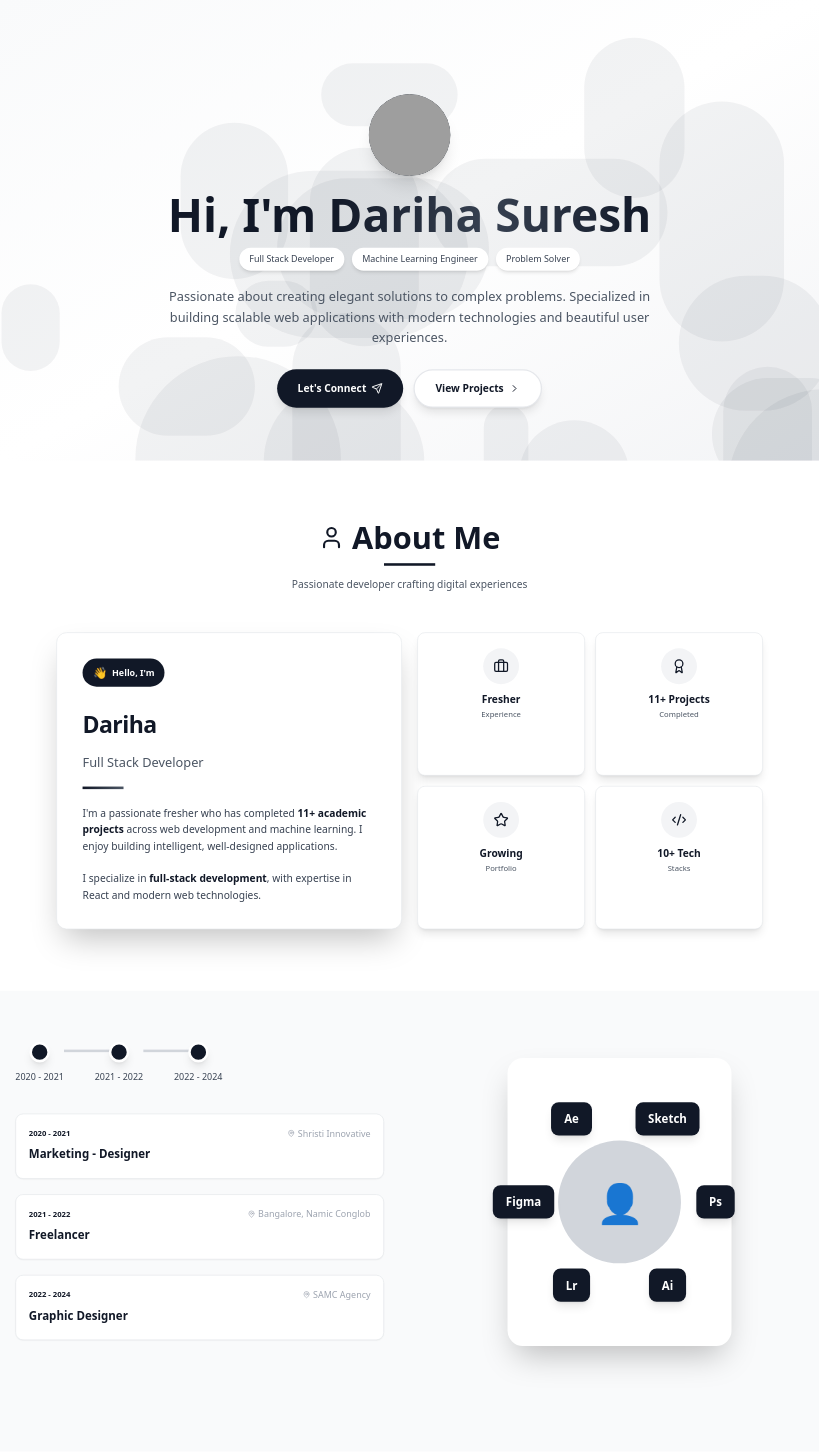
Repository: darihafebi825-collab/react-portfolio
Page: / (app in portapp/)
These files come from the project's save history. The page is drawn as it stood at one moment and after the next save; the edit follows.
The browser window is 1280 px wide. The pictures show the whole page, at 64% of full size.
Pictures or frames that could not be fetched are drawn as grey boxes. The project was rebuilt for these pictures with package versions that can differ from the ones it lists, and the page was loaded fresh each time.

Above is the page before, as saved 2025-12-24 17:45:30.

### portapp/src/index.js
import React from "react";
import ReactDOM from "react-dom/client";
import App from "./App";
import "./index.css";   // 👈 THIS LINE

const root = ReactDOM.createRoot(document.getElementById("root"));
root.render(
  <React.StrictMode>
    <App />
  </React.StrictMode>
);

### portapp/src/App.js
import React from "react";
import Home from "./Components/Pages/Home";
import Abo from "./Components/Pages/Abo";
import Exp from "./Components/Pages/Exp";
function App() {
  return (
    <div className="App">
      <Home />
 <Abo />
    <Exp />
    </div>
  );
}

export default App;

### portapp/src/Components/Pages/Home.js
import React, { useRef } from "react";
import { motion, useScroll, useTransform } from "framer-motion";
import { Send, ChevronRight } from "lucide-react";




const Home = () => {
  const ref = useRef(null);

  const { scrollYProgress } = useScroll({
    target: ref,
    offset: ["start start", "end start"],
  });

  const y = useTransform(scrollYProgress, [0, 1], [0, 200]);
  const opacity = useTransform(scrollYProgress, [0, 0.5], [1, 0]);

  return (
    <section
      ref={ref}
      id="home"
      className="min-h-screen flex items-center justify-center bg-gradient-to-br from-gray-50 via-white to-gray-100 relative overflow-hidden pt-16"
    >
      <div className="absolute inset-0 bg-grid-pattern opacity-5" />

      {[...Array(20)].map((_, i) => (
        <motion.div
          key={i}
          className="absolute rounded-full bg-gray-900/5"
          style={{
            width: Math.random() * 300 + 50,
            height: Math.random() * 300 + 50,
            left: `${Math.random() * 100}%`,
            top: `${Math.random() * 100}%`,
          }}
          animate={{
            y: [0, Math.random() * 50 - 25],
            x: [0, Math.random() * 50 - 25],
            scale: [1, 1.1, 1],
          }}
          transition={{
            duration: Math.random() * 10 + 10,
            repeat: Infinity,
            repeatType: "reverse",
          }}
        />
      ))}

      <motion.div
        style={{ y, opacity }}
        className="relative z-10 text-center px-6 max-w-5xl mx-auto"
      >
        <motion.div
          initial={{ opacity: 0, scale: 0.9 }}
          animate={{ opacity: 1, scale: 1 }}
          transition={{ duration: 0.8 }}
        >
          <div className="mb-6">
            <div className="w-32 h-32 mx-auto rounded-full overflow-hidden shadow-xl">
 <div className="w-32 h-32 mx-auto bg-gray-800 rounded-full flex items-center justify-center overflow-hidden shadow-xl">
  <img
    src="/Images/dari.png"
    alt="Profile"
    className="w-full h-full object-cover"
  />
</div>






            </div>
          </div>

          <h1 className="text-5xl md:text-7xl font-bold text-gray-900 mb-4">
            Hi, I'm{" "}
            <span className="bg-gradient-to-r from-gray-900 via-gray-700 to-gray-900 bg-clip-text text-transparent">
              Dariha Suresh
            </span>
          </h1>

          <div className="flex flex-wrap justify-center gap-3 mb-6">
            {[
              "Full Stack Developer",
              "Machine Learning Engineer",
              "Problem Solver",
            ].map((role, idx) => (
              <motion.span
                key={idx}
                initial={{ opacity: 0, y: 20 }}
                animate={{ opacity: 1, y: 0 }}
                transition={{ delay: 0.2 + idx * 0.1 }}
                className="px-4 py-2 bg-white shadow-md rounded-full text-sm font-medium text-gray-700"
              >
                {role}
              </motion.span>
            ))}
          </div>

          <motion.p
            initial={{ opacity: 0 }}
            animate={{ opacity: 1 }}
            transition={{ delay: 0.5 }}
            className="text-xl text-gray-600 max-w-3xl mx-auto mb-8 leading-relaxed"
          >
            Passionate about creating elegant solutions to complex problems.
            Specialized in building scalable web applications with modern
            technologies and beautiful user experiences.
          </motion.p>

          <motion.div
            initial={{ opacity: 0, y: 20 }}
            animate={{ opacity: 1, y: 0 }}
            transition={{ delay: 0.7 }}
            className="flex flex-wrap justify-center gap-4"
          >
            <motion.button
              whileHover={{ scale: 1.05 }}
              whileTap={{ scale: 0.95 }}
              onClick={() =>
                document
                  .getElementById("contact")
                  ?.scrollIntoView({ behavior: "smooth" })
              }
              className="px-8 py-4 bg-gray-900 text-white rounded-full font-semibold shadow-lg flex items-center gap-2"
            >
              Let's Connect <Send size={18} />
            </motion.button>

            <motion.button
              whileHover={{ scale: 1.05 }}
              whileTap={{ scale: 0.95 }}
              onClick={() =>
                document
                  .getElementById("projects")
                  ?.scrollIntoView({ behavior: "smooth" })
              }
              className="px-8 py-4 bg-white text-gray-900 rounded-full font-semibold shadow-lg border-2 border-gray-200 flex items-center gap-2"
            >
              View Projects <ChevronRight size={18} />
            </motion.button>
          </motion.div>
        </motion.div>
      </motion.div>
    </section>
  );
};

export default Home;

### portapp/src/Components/Pages/Abo.js
import React from "react";
import { motion } from "framer-motion";
import { User, Briefcase, Award, Star, Code2 } from "lucide-react";

const statsData = [
  { icon: Briefcase, label: "Fresher", desc: "Experience", delay: 0.9 },
  { icon: Award, label: "11+ Projects", desc: "Completed", delay: 1.0 },
  { icon: Star, label: "Growing", desc: "Portfolio", delay: 1.1 },
  { icon: Code2, label: "10+ Tech", desc: "Stacks", delay: 1.2 },
];

const Abo = () => {
  return (
    <section id="about" className="py-24 bg-white relative overflow-hidden">
      <div className="max-w-6xl mx-auto px-6 relative z-10">
        {/* Header */}
        <motion.div
          initial={{ opacity: 0, y: 30 }}
          whileInView={{ opacity: 1, y: 0 }}
          viewport={{ once: true }}
          className="text-center mb-16"
        >
          <h2 className="text-4xl md:text-5xl font-bold text-gray-900 mb-4 flex items-center justify-center gap-3">
            <User size={40} /> About Me
          </h2>
          <div className="w-20 h-1 bg-gray-900 mx-auto mb-4" />
          <p className="text-gray-600 max-w-2xl mx-auto">
            Passionate developer crafting digital experiences
          </p>
        </motion.div>

        {/* Content */}
        <div className="grid grid-cols-1 md:grid-cols-2 gap-6">
          {/* Left card */}
          <motion.div
            initial={{ opacity: 0, x: -100 }}
            whileInView={{ opacity: 1, x: 0 }}
            viewport={{ once: true }}
            transition={{ duration: 0.8 }}
            className="bg-white rounded-2xl p-10 shadow-2xl border border-gray-200 relative overflow-hidden"
          >
            <div className="space-y-6 relative z-10">
              <motion.div
                initial={{ scale: 0 }}
                whileInView={{ scale: 1 }}
                transition={{ delay: 0.3, type: "spring" }}
                className="inline-flex items-center gap-2 px-4 py-2 bg-gray-900 text-white text-sm font-semibold rounded-full mb-4"
              >
                <span className="text-lg">👋</span> Hello, I'm
              </motion.div>

              <motion.h3
                initial={{ opacity: 0, y: 20 }}
                whileInView={{ opacity: 1, y: 0 }}
                transition={{ delay: 0.4 }}
                className="text-4xl font-bold text-gray-900 mb-2 tracking-tight"
              >
                Dariha
              </motion.h3>

              <motion.p
                initial={{ opacity: 0, y: 20 }}
                whileInView={{ opacity: 1, y: 0 }}
                transition={{ delay: 0.5 }}
                className="text-gray-600 text-xl mb-4 font-medium"
              >
                Full Stack Developer
              </motion.p>

              <motion.div
                initial={{ width: 0 }}
                whileInView={{ width: 64 }}
                transition={{ delay: 0.6, duration: 0.5 }}
                className="h-1 bg-gradient-to-r from-gray-900 to-gray-600 mb-6"
              />

              <motion.p
                initial={{ opacity: 0 }}
                whileInView={{ opacity: 1 }}
                transition={{ delay: 0.7 }}
                className="text-gray-700 leading-relaxed text-base"
              >
                I'm a passionate fresher who has completed{" "}
                <span className="font-bold text-gray-900">11+ academic projects</span>{" "}
                across web development and machine learning. I enjoy building intelligent,
                well-designed applications.
              </motion.p>

              <motion.p
                initial={{ opacity: 0 }}
                whileInView={{ opacity: 1 }}
                transition={{ delay: 0.8 }}
                className="text-gray-700 leading-relaxed text-base"
              >
                I specialize in{" "}
                <span className="font-bold text-gray-900">full-stack development</span>, with
                expertise in React and modern web technologies.
              </motion.p>
            </div>
          </motion.div>

          {/* Right stats grid */}
          <motion.div
            initial={{ opacity: 0, x: 100 }}
            whileInView={{ opacity: 1, x: 0 }}
            viewport={{ once: true }}
            transition={{ duration: 0.8, ease: "easeOut", delay: 0.2 }}
            className="grid grid-cols-2 gap-4"
          >
            {statsData.map((stat, idx) => (
              <motion.div
                key={idx}
                initial={{ opacity: 0, scale: 0, rotate: -180 }}
                whileInView={{ opacity: 1, scale: 1, rotate: 0 }}
                viewport={{ once: true }}
                transition={{ delay: stat.delay, type: "spring", stiffness: 200, damping: 15 }}
                whileHover={{
                  scale: 1.05,
                  y: -5,
                  boxShadow: "0 20px 40px -10px rgba(0,0,0,0.3)",
                }}
                className="bg-white p-6 rounded-xl text-center shadow-lg border border-gray-200 relative overflow-hidden group cursor-pointer"
              >
                <div className="relative z-10">
                  <motion.div
                    whileHover={{ rotate: 360 }}
                    transition={{ duration: 0.6 }}
                    className="bg-gray-100 w-14 h-14 rounded-full flex items-center justify-center mx-auto mb-3 group-hover:bg-white transition-colors"
                  >
                    <stat.icon className="text-gray-900" size={24} />
                  </motion.div>
                  <div className="font-bold text-gray-900 text-base mb-1 group-hover:text-white transition-colors">
                    {stat.label}
                  </div>
                  <div className="text-xs text-gray-600 group-hover:text-gray-300 transition-colors">
                    {stat.desc}
                  </div>
                </div>
              </motion.div>
            ))}
          </motion.div>
        </div>
      </div>
    </section>
  );
};

export default Abo;

### portapp/src/Components/Pages/Exp.js
import React from "react";
import { motion } from "framer-motion";
import { Briefcase, Calendar, MapPin } from "lucide-react";

const experiences = [
  { period: "2020 - 2021", title: "Marketing - Designer", company: "Shristi Innovative" },
  { period: "2021 - 2022", title: "Freelancer", company: "Bangalore, Namic Conglob" },
  { period: "2022 - 2024", title: "Graphic Designer", company: "SAMC Agency" },
];

const skills = ["Ps", "Ai", "Lr", "Figma", "Ae", "Sketch"];

const Exp = () => {
  return (
    <section className="min-h-screen bg-gray-50 relative py-20 px-6 overflow-hidden">
      <div className="max-w-7xl mx-auto grid grid-cols-1 lg:grid-cols-2 gap-20 items-start">

        {/* Left Side: Roadmap + Experience Cards */}
        <div className="space-y-12">

          {/* Horizontal Roadmap */}
          <div className="overflow-x-auto">
            <div className="flex items-center gap-12 min-w-max">
              {experiences.map((exp, idx) => (
                <motion.div
                  key={idx}
                  initial={{ opacity: 0, y: 20 }}
                  whileInView={{ opacity: 1, y: 0 }}
                  viewport={{ once: true }}
                  transition={{ delay: idx * 0.2, duration: 0.6 }}
                  className="flex flex-col items-center relative"
                >
                  {/* Circle Marker */}
                  <div className="w-8 h-8 rounded-full bg-gray-900 border-4 border-white shadow-lg"></div>
                  {/* Connector Line */}
                  {idx < experiences.length - 1 && (
                    <div className="absolute top-3 left-full w-24 h-1 bg-gray-300"></div>
                  )}
                  {/* Label */}
                  <span className="mt-3 text-gray-700 font-medium text-sm text-center">
                    {exp.period}
                  </span>
                </motion.div>
              ))}
            </div>
          </div>

          {/* Experience Cards */}
          <div className="space-y-6">
            {experiences.map((exp, idx) => (
              <motion.div
                key={idx}
                initial={{ opacity: 0, x: -50 }}
                whileInView={{ opacity: 1, x: 0 }}
                viewport={{ once: true }}
                whileHover={{ scale: 1.03, boxShadow: "0 15px 25px rgba(0,0,0,0.2)" }}
                transition={{ type: "spring", stiffness: 120, damping: 15 }}
                className="bg-white p-5 rounded-xl border border-gray-200 shadow-sm cursor-pointer"
              >
                <div className="flex justify-between items-center mb-2">
                  <span className="text-xs font-bold text-gray-900">{exp.period}</span>
                  <span className="flex items-center text-gray-400 text-sm gap-1">
                    <MapPin size={12} /> {exp.company}
                  </span>
                </div>
                <h3 className="font-bold text-gray-900 text-lg mb-1">{exp.title}</h3>
              </motion.div>
            ))}
          </div>
        </div>

        {/* Right Side: Profile Image + Floating Skill Icons */}
        <div className="relative flex justify-center items-center min-h-[500px]">
          {/* Profile Image */}
          <motion.div
            initial={{ opacity: 0, scale: 0.8 }}
            animate={{ opacity: 1, scale: 1 }}
            transition={{ duration: 0.8 }}
            className="relative w-[350px] h-[450px] bg-white rounded-3xl shadow-2xl overflow-hidden border-4 border-white flex items-center justify-center"
          >
            <div className="w-48 h-48 rounded-full bg-gray-300 flex items-center justify-center text-6xl">
              👤
            </div>
          </motion.div>

          {/* Floating Skill Icons */}
          {skills.map((skill, idx) => {
            const angle = (idx / skills.length) * 360;
            const radius = 150;
            const radians = (angle * Math.PI) / 180;
            const x = radius * Math.cos(radians);
            const y = radius * Math.sin(radians);
            return (
              <motion.div
                key={idx}
                initial={{ scale: 0, opacity: 0 }}
                animate={{ scale: 1, opacity: 1, x, y }}
                transition={{ type: "spring", stiffness: 200, damping: 15, delay: 0.5 + idx * 0.2 }}
                whileHover={{ scale: 1.2, rotate: 10 }}
                className="absolute bg-gray-900 text-white px-5 py-3 rounded-xl font-bold text-lg shadow-lg cursor-pointer"
              >
                {skill}
              </motion.div>
            );
          })}
        </div>
      </div>
    </section>
  );
};

export default Exp;

Loaded but not shown: portapp/src/index.css (common file); portapp/tailwind.config.js (common file)

After the next save:
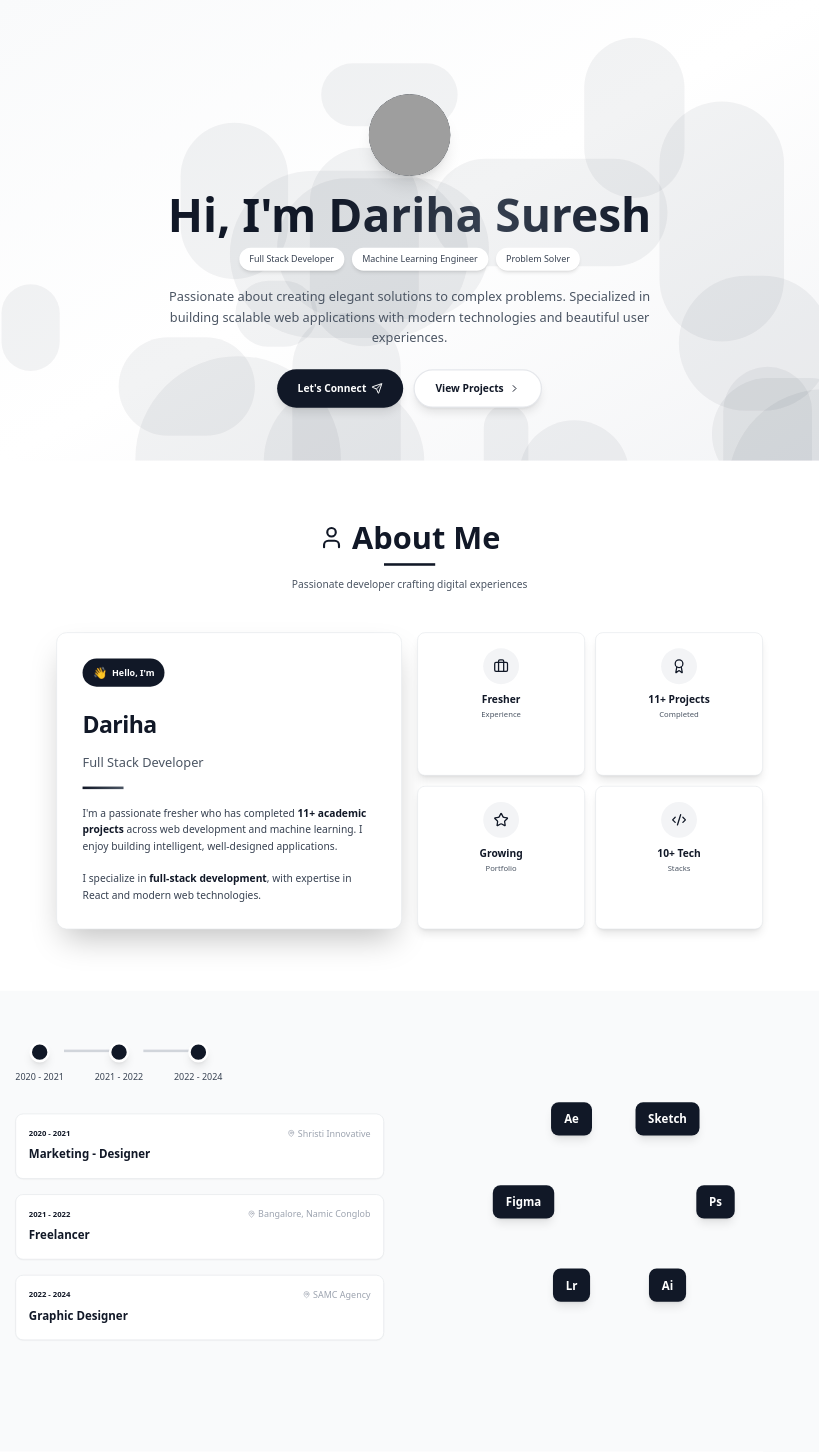
Not found: path-to-your-image.jpg
Saved 111 s later.
--- a/portapp/src/Components/Pages/Exp.js
+++ b/portapp/src/Components/Pages/Exp.js
@@ -1,6 +1,6 @@
 import React from "react";
 import { motion } from "framer-motion";
-import { Briefcase, Calendar, MapPin } from "lucide-react";
+import { MapPin } from "lucide-react";
 
 const experiences = [
   { period: "2020 - 2021", title: "Marketing - Designer", company: "Shristi Innovative" },
@@ -69,19 +69,17 @@ const Exp = () => {
           </div>
         </div>
 
-        {/* Right Side: Profile Image + Floating Skill Icons */}
+        {/* Right Side: Plain Image + Floating Skill Icons */}
         <div className="relative flex justify-center items-center min-h-[500px]">
-          {/* Profile Image */}
-          <motion.div
+          {/* Plain Image */}
+          <motion.img
+            src="/path-to-your-image.jpg"  // <-- replace with your image path
+            alt="Profile"
+            className="w-64 h-64 rounded-full object-cover"
             initial={{ opacity: 0, scale: 0.8 }}
             animate={{ opacity: 1, scale: 1 }}
             transition={{ duration: 0.8 }}
-            className="relative w-[350px] h-[450px] bg-white rounded-3xl shadow-2xl overflow-hidden border-4 border-white flex items-center justify-center"
-          >
-            <div className="w-48 h-48 rounded-full bg-gray-300 flex items-center justify-center text-6xl">
-              👤
-            </div>
-          </motion.div>
+          />
 
           {/* Floating Skill Icons */}
           {skills.map((skill, idx) => {
